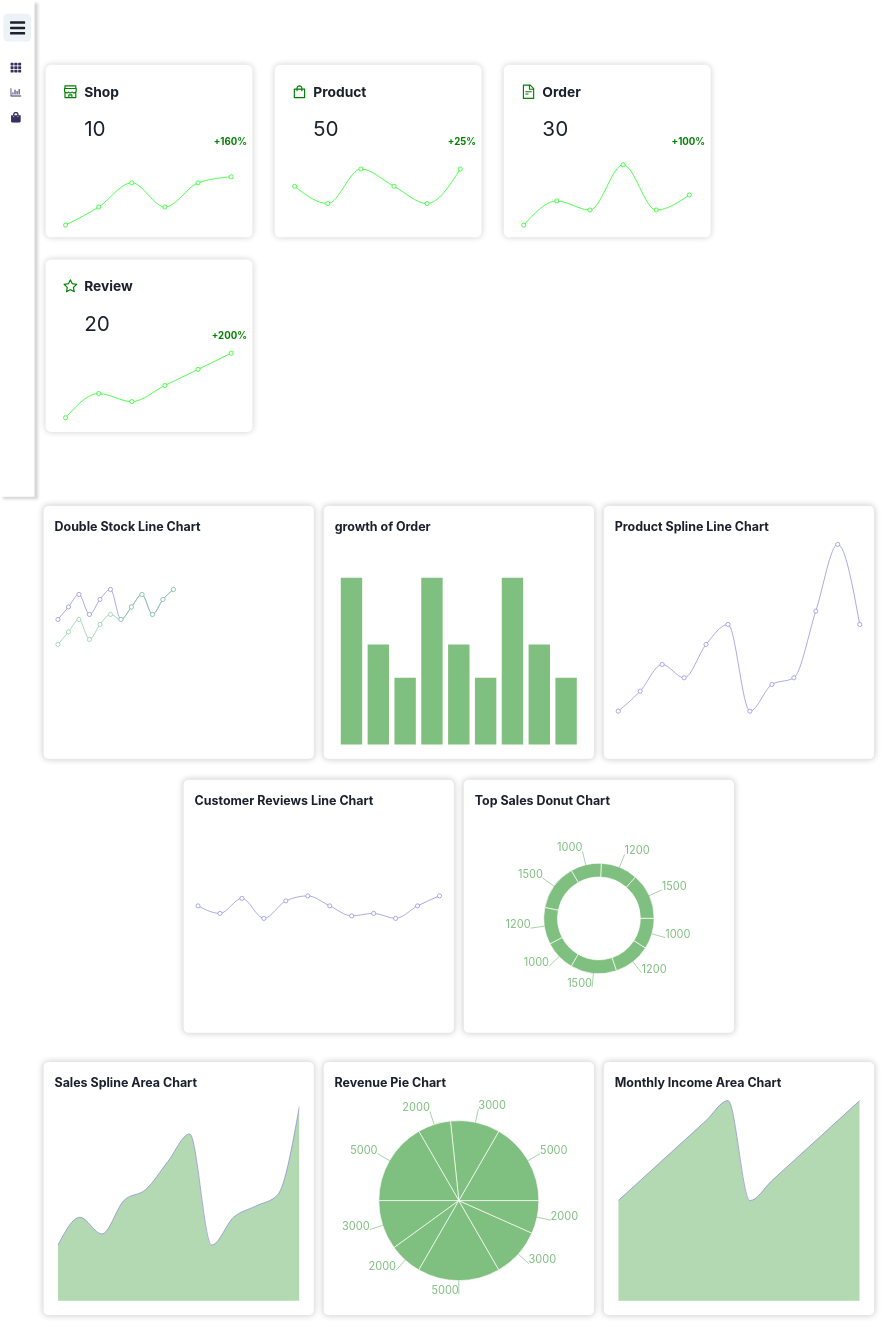
Repository: Andarg01/chakra-dashboard
Page: /analytics
These files come from the project's save history. The page is drawn as it stood at one moment and after the next save; the edit follows.
The browser window is 1280 px wide. The pictures show the whole page, at 69% of full size.
The project was rebuilt for these pictures with package versions that can differ from the ones it lists, and the page was loaded fresh each time. Also part of the build but not shown: src/components/ProductModal.tsx, src/components/ProductTable.tsx, src/pages/ProductList.tsx, src/components/Dashboard.tsx.

Above is the page before, as saved 2024-03-12 23:15:17.

After the next save:
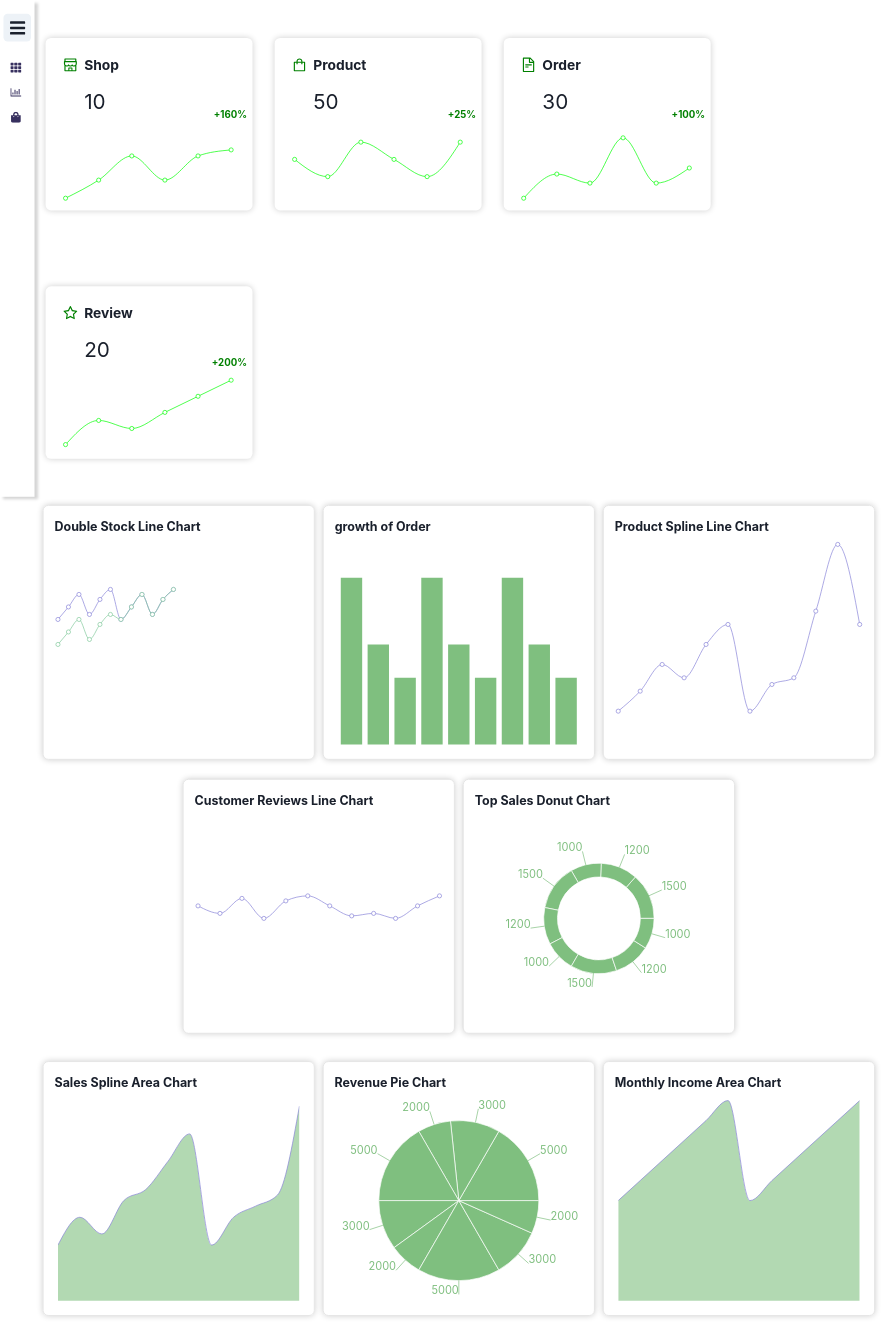
Saved 49 s later.
--- a/src/components/AnalyticalCard.tsx
+++ b/src/components/AnalyticalCard.tsx
@@ -108,7 +108,7 @@
   ];
 
   return (
-    <Flex justify="center" align="center" height="100vh">
+    <Flex justify="center"  height="100vh">
       <Flex direction="row" align="center" wrap="wrap">
         <AnalyticsCard title="Shop" value={10} data={shopData} icon={<AiOutlineShop size={24} />} />
         <AnalyticsCard title="Product" value={50} data={productData} icon={<AiOutlineShopping size={24} />} />

After the save that followed:
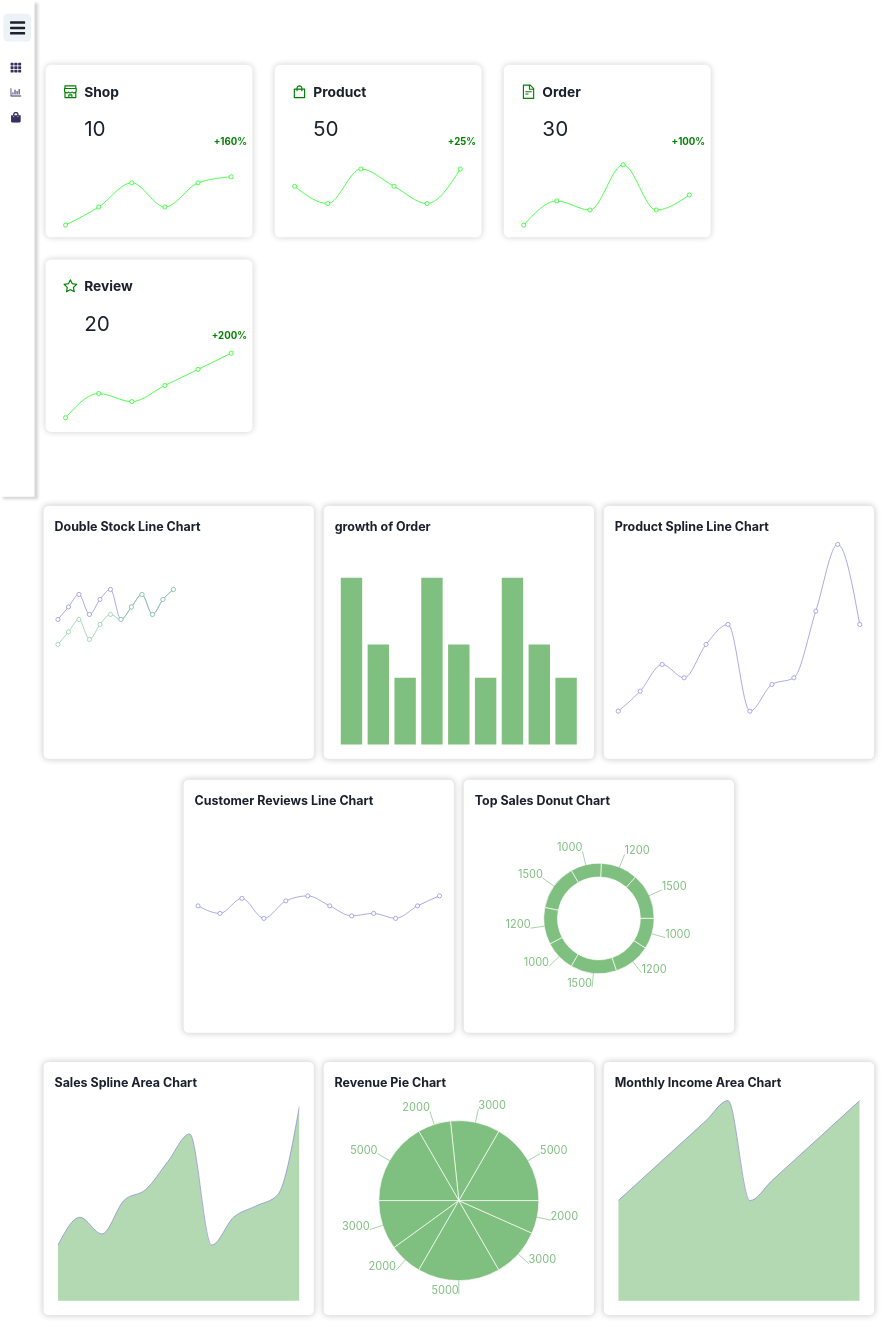
Saved 29 s later.
--- a/src/components/AnalyticalCard.tsx
+++ b/src/components/AnalyticalCard.tsx
@@ -108,7 +108,7 @@
   ];
 
   return (
-    <Flex justify="center"  height="100vh">
+    <Flex justify="center" align="center" height="100vh">
       <Flex direction="row" align="center" wrap="wrap">
         <AnalyticsCard title="Shop" value={10} data={shopData} icon={<AiOutlineShop size={24} />} />
         <AnalyticsCard title="Product" value={50} data={productData} icon={<AiOutlineShopping size={24} />} />
